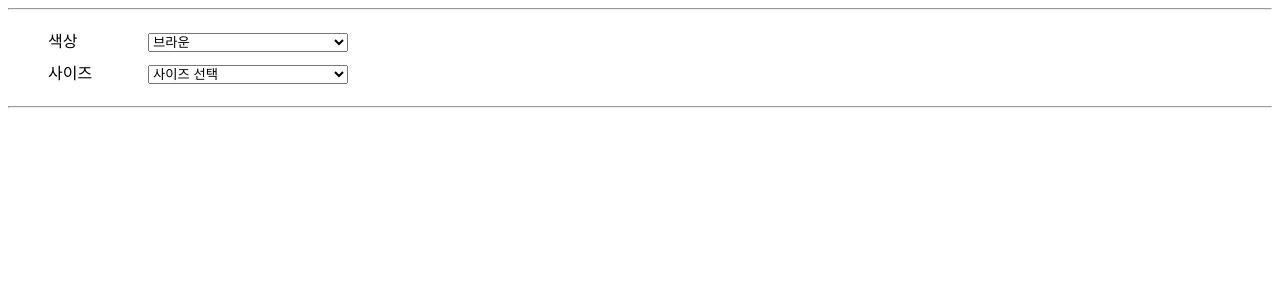
Repository: yeonddu/green_js
Page: pro01/public/songyeonsu-3-1.html
An editor plug-in stored every save of this project. The page is shown before and after the next save, followed by the edit.
The browser window is 1280 px wide. The pictures show the whole page.
After loading, the first visible `#color` was changed once.

Above is the page before, as saved 2022-12-23 05:50:27.
Console error: ReferenceError: index is not defined

After the next save:
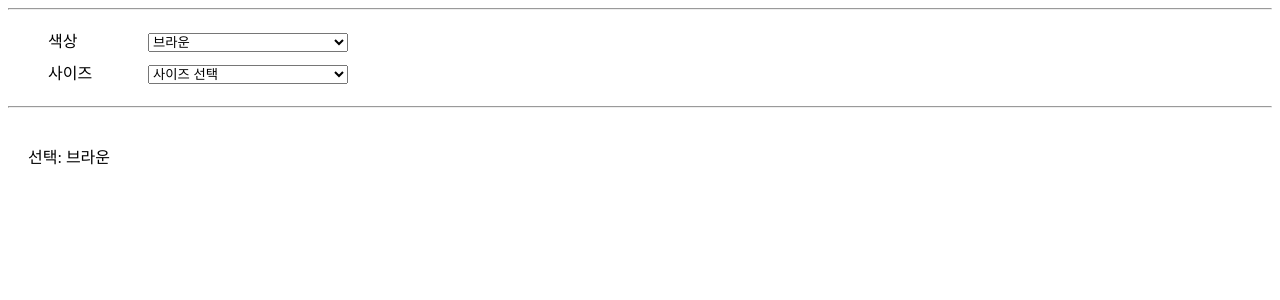
The error is gone.
Saved 8 s later.
--- a/pro01/public/songyeonsu-3-1.html
+++ b/pro01/public/songyeonsu-3-1.html
@@ -29,14 +29,14 @@
 
 		select1.addEventListener("change", () => {
 			const options = event.currentTarget.options
-			const indexs = event.currentTarget.options.selectedIndex
+			const index = event.currentTarget.options.selectedIndex
 
 			p.textContent = `선택: ${options[index].textContent}`
 		})
 
 		select2.addEventListener("change", () => {
 			const options = event.currentTarget.options
-			const indexs = event.currentTarget.options.selectedIndex
+			const index = event.currentTarget.options.selectedIndex
 
 			p.textContent += `선택: ${options[index].textContent}`
 		})
